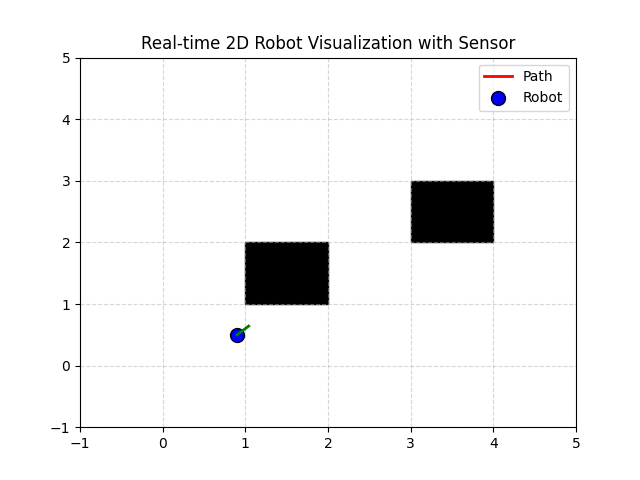
Repository: JLCucumber/comp0244-go2
Script's output: python src/cw1_team_2/2D_environment/main.py
The author's editor kept a copy of each file at every save. The script's output is drawn from the files as they stood at one save, then again after the next save.
Animations are shown at an early frame. Random numbers start from a fixed seed.

Above is the script's output before, as saved 2025-02-16 03:05:22.

After the next save:
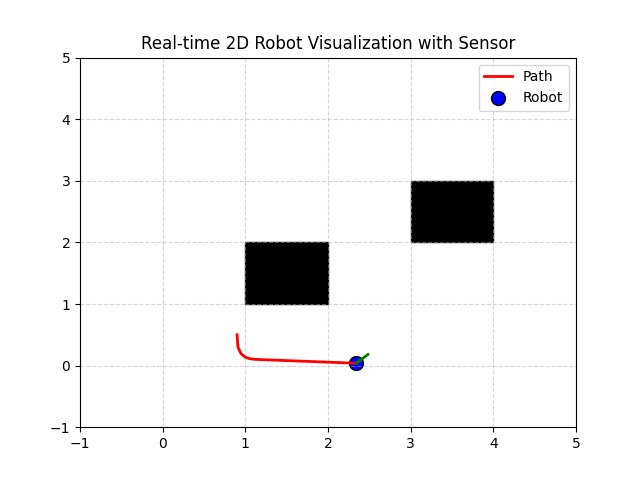
Saved 6 s later.
--- a/src/cw1_team_2/2D_environment/main.py
+++ b/src/cw1_team_2/2D_environment/main.py
@@ -7,7 +7,7 @@ from visualization import plot_environment
 
 if __name__ == "__main__":
     env = Environment()  # 生成 2D 地图
-    robot = Robot(env, start_pos=(0.9, 0.5), start_angle=0.79, sensor_range=0.5)  # 创建机器人
+    robot = Robot(env, start_pos=(0.9, 0.5), start_angle=0.79, sensor_range=0.9)  # 创建机器人
 
     plt.ion()  # 开启 Matplotlib 交互模式
 
